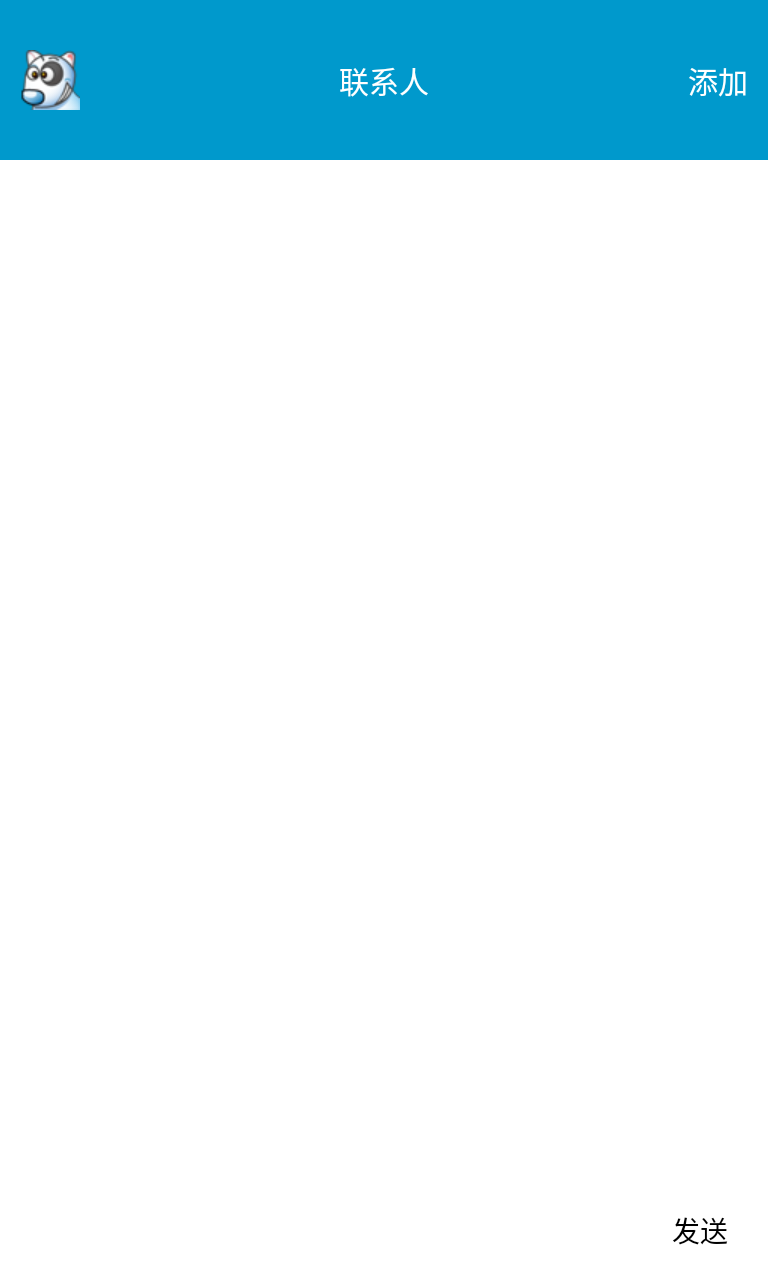
Repository: fanloveoupao/WecharTest
Layout: TestWechar/res/layout/interfce_char.xml
These files come from the project's save history. The layout is drawn as it stood at one moment and after the next save; the edit follows.
It is drawn on a 768 x 1280 px phone screen (xhdpi) without system bars, with theme AppTheme; the app's code is not run. Lists and similar views that code fills are empty.

Above is the layout before, as saved 2015-10-09 05:44:22.

### TestWechar/res/layout/interfce_char.xml
<?xml version="1.0" encoding="utf-8"?>
<LinearLayout xmlns:android="http://schemas.android.com/apk/res/android"
    android:layout_width="match_parent"
    android:layout_height="match_parent"
    android:background="#FFFFFF"
    android:orientation="vertical" >

    <include
        android:layout_width="fill_parent"
        android:layout_height="wrap_content"
        layout="@layout/include" />

    <ListView
        android:id="@+id/msg_list_view"
        android:layout_width="match_parent"
        android:layout_height="0dp"
        android:layout_marginTop="10dp"
        android:layout_weight="1"
        android:divider="#0000"
        android:listSelector="#FFFFFF" >
    </ListView>

    <TextView
        android:id="@+id/loading"
        android:layout_width="wrap_content"
        android:layout_height="wrap_content"
        android:background="@drawable/messge_right"
        android:textColor="@color/black_deep"
        android:visibility="gone" />

    <LinearLayout
        android:layout_width="fill_parent"
        android:layout_height="50dp"
        android:gravity="center_vertical"
        android:orientation="horizontal" >

        <EditText
            android:id="@+id/input_text"
            android:layout_width="0dp"
            android:layout_height="wrap_content"
            android:layout_marginLeft="10dp"
            android:layout_marginRight="10dp"
            android:layout_weight="1"
            android:background="@color/white" />

        <TextView
            android:id="@+id/send"
            android:layout_width="wrap_content"
            android:layout_height="wrap_content"
            android:layout_marginRight="20dp"
            android:text="发送"
            android:textColor="#000000" />
    </LinearLayout>

</LinearLayout>

### TestWechar/res/values/styles.xml
<resources>

    <!--
        Base application theme, dependent on API level. This theme is replaced
        by AppBaseTheme from res/values-vXX/styles.xml on newer devices.











    -->
    <style name="AppBaseTheme" parent="android:Theme.Light">
        <!--
            Theme customizations available in newer API levels can go in
            res/values-vXX/styles.xml, while customizations related to
            backward-compatibility can go here.






        -->
    </style>

    <!-- Application theme. -->
    <style name="AppTheme" parent="AppBaseTheme">
        <!-- All customizations that are NOT specific to a particular API-level can go here. -->
    </style>

    <style name="animationmsg">
        <item name="android:windowEnterAnimation">@anim/msg_enter</item>
        <item name="android:windowExitAnimation">@anim/msg_exit</item>
    </style>

</resources>

### TestWechar/res/layout/include.xml
<?xml version="1.0" encoding="utf-8"?>
<LinearLayout xmlns:android="http://schemas.android.com/apk/res/android"
    android:layout_width="match_parent"
    android:layout_height="match_parent"
    android:orientation="vertical" >

    <RelativeLayout
        android:layout_width="fill_parent"
        android:layout_height="80dp"
        android:background="#0099CC"
        android:gravity="center_vertical" >

        <ImageView
            android:layout_width="30dp"
            android:layout_height="30dp"
            android:layout_alignParentLeft="true"
            android:layout_centerVertical="true"
            android:layout_marginLeft="10dp"
            android:src="@drawable/h091" />

        <TextView
            android:id="@+id/title"
            android:layout_width="wrap_content"
            android:layout_height="wrap_content"
            android:layout_centerHorizontal="true"
            android:layout_centerVertical="true"
            android:text="联系人"
            android:textColor="#FFFFFF"
            android:textSize="15dp" />

        <TextView
            android:id="@+id/add"
            android:layout_width="wrap_content"
            android:layout_height="wrap_content"
            android:layout_alignParentRight="true"
            android:layout_centerVertical="true"
            android:layout_marginRight="10dp"
            android:text="添加"
            android:textColor="#FFFFFF"
            android:textSize="15dp" />
    </RelativeLayout>

</LinearLayout>

### TestWechar/res/values/color.xml
<?xml version="1.0" encoding="utf-8"?>
<resources>

    <color name="white">#ffffffff</color>
    <color name="window_bg">#fff0f3f6</color>
    <color name="title_bg">#ff54acea</color>
    <color name="chat_text">#ff333333</color>
    <color name="common_top_bar_blue">#4ebcd3</color>
    <color name="btn_login_normal">#00acff</color>
    <color name="btn_login_pressed">#46678d</color>
    <color name="btn_logout_normal">#d33f3f</color>
    <color name="btn_logout_pressed">#DA5A4D</color>
    <color name="btn_register_normal">#ffffff</color>
    <color name="btn_register_pressed">#00acff</color>
    <color name="common_bottom_bar_normal_bg">#2d2f31</color>
    <color name="common_bottom_bar_selected_bg">#161718</color>
    <color name="common_botton_bar_blue">#2ea7e0</color>
    <color name="common_bg">#fcfcfc</color>
    <color name="btn_pressed_green_solid">#B6DA53</color>
    <color name="divider_list">#d4d4d4</color>
    <color name="top_bar_normal_bg">#00acff</color>
    <color name="error_item_color">#F6EBE6</color>
    <color name="bottom_bar_normal_bg">#2D2F31</color>
    <color name="bottom_text_color_normal">#ffffff</color>
    <color name="btn_white_normal">#f7f8f8</color>
    <color name="btn_white_pressed">#b5b5b6</color>
    <color name="btn_green_noraml">#68C270</color>
    <color name="btn_green_pressed">#6FCD78</color>
    <color name="btn_gray_normal">#c0c0c0</color>
    <color name="btn_gray_pressed_status">#b5b5b6</color>
    <color name="btn_gray_pressed">#666667</color>
    <color name="btn_blue_normal">#1e90ff</color>
    <color name="btn_blue_pressed">#0066FF</color>
    <color name="orange">#FFA500</color>
    <color name="gray_pressed">#b5b5b6</color>
    <color name="gray_normal">#666667</color>
    <color name="grid_state_pressed">#1Affffff</color>
    <color name="grid_state_focused">#80000000</color>
    <color name="voip_interface_text_color">#bababa</color>
    <color name="black_deep">#FF000000</color>
    <color name="btn_answer_pressed">#4ebcd3</color>
    <color name="btn_answer_normal">#2dafa3</color>

</resources>

Loaded but not shown: TestWechar/res/values-v11/styles.xml (common file); TestWechar/res/values-v14/styles.xml (common file)

After the next save:
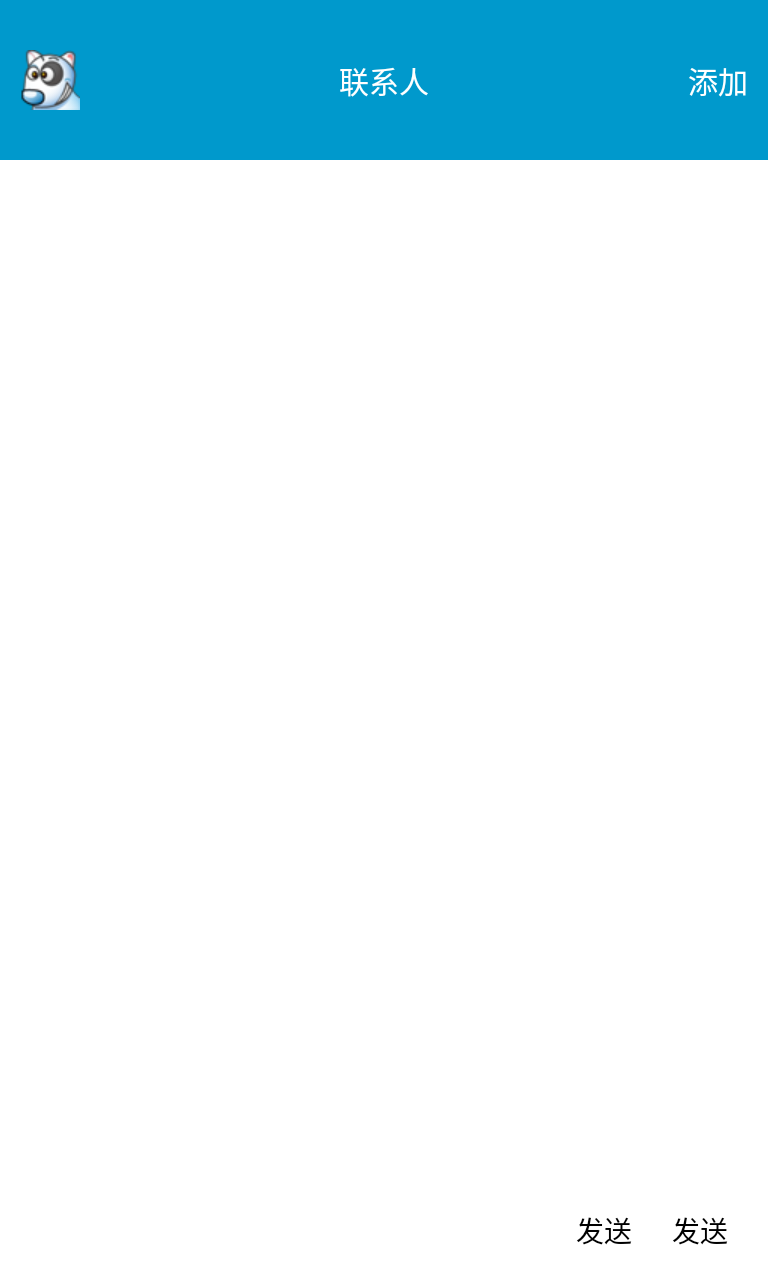
Saved 4 min 49 s later.
--- a/TestWechar/res/layout/interfce_char.xml
+++ b/TestWechar/res/layout/interfce_char.xml
@@ -50,6 +50,14 @@
             android:layout_marginRight="20dp"
             android:text="发送"
             android:textColor="#000000" />
+
+        <TextView
+            android:id="@+id/send_fole"
+            android:layout_width="wrap_content"
+            android:layout_height="wrap_content"
+            android:layout_marginRight="20dp"
+            android:text="发送"
+            android:textColor="#000000" />
     </LinearLayout>
 
 </LinearLayout>
